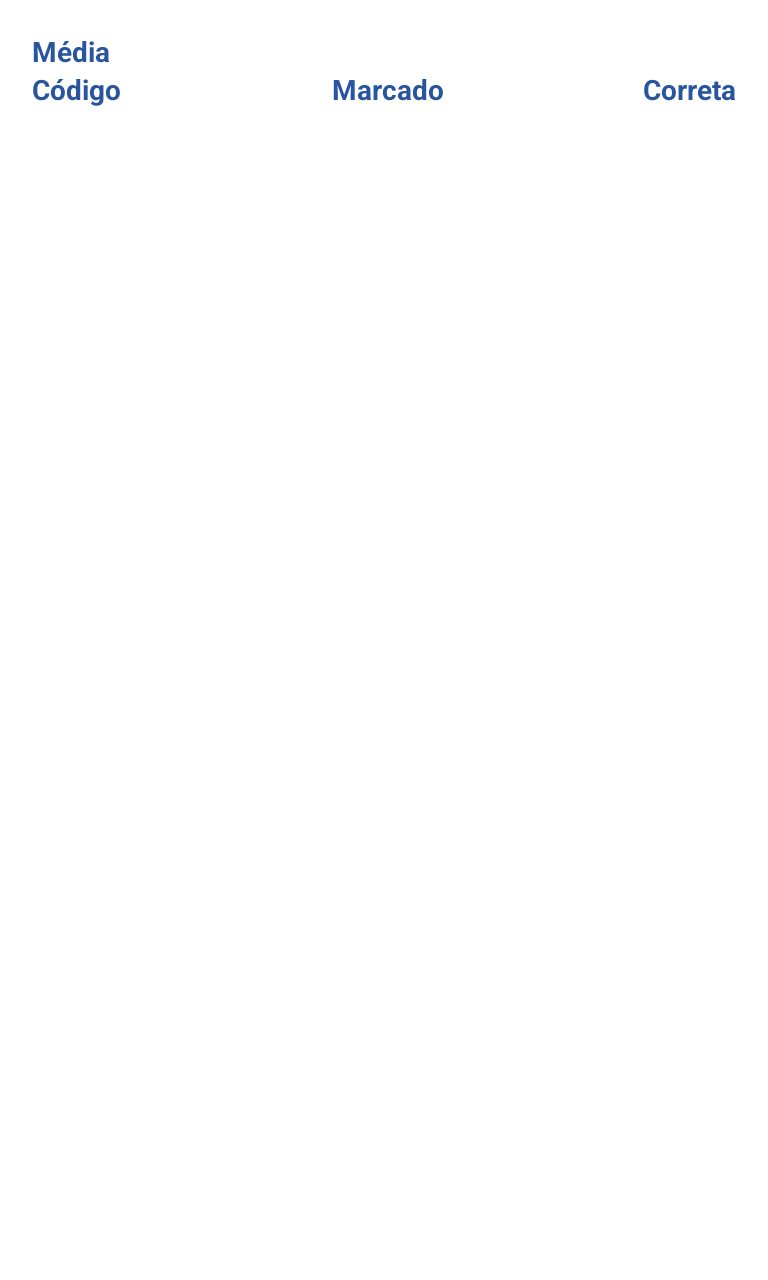
Repository: lmqs/ProjetoDisciplinaTopicos
Layout: TopicosProjetoAndroid/res/layout/activity_resultado_prova.xml
The author's editor kept a copy of each file at every save. The layout is drawn from the files as they stood at one save, then again after the next save.
It is drawn on a 768 x 1280 px phone screen (xhdpi) without system bars, with theme AppTheme; the app's code is not run. Lists and similar views that code fills are empty.

Above is the layout before, as saved 2014-05-04 03:33:43.

### TopicosProjetoAndroid/res/layout/activity_resultado_prova.xml
<RelativeLayout xmlns:android="http://schemas.android.com/apk/res/android"
    xmlns:tools="http://schemas.android.com/tools"
    android:layout_width="match_parent"
    android:layout_height="match_parent"
    android:paddingBottom="@dimen/activity_vertical_margin"
    android:paddingLeft="@dimen/activity_horizontal_margin"
    android:paddingRight="@dimen/activity_horizontal_margin"
    android:paddingTop="@dimen/activity_vertical_margin"
    tools:context=".Resultado_prova" >

    <TableLayout
        android:layout_width="match_parent"
        android:layout_height="match_parent"
        android:stretchColumns="1" >

        <TableRow android:id="@+id/table_geral" >

            <TextView
                android:id="@+id/lblMedia"
                android:layout_width="50dp"
                android:layout_height="match_parent"
                android:drawablePadding="6dp"
                android:gravity="left"
                android:text="@string/lblMedia"
                android:textColor="#ff29549f"
                android:textSize="14sp"
                android:textStyle="bold" />
        </TableRow>

        <TableRow android:id="@+id/tableCacList" >

            <TextView
                android:id="@+id/lblcodigo"
                android:layout_width="50dp"
                android:layout_height="match_parent"
                android:drawablePadding="6dp"
                android:gravity="left"
                android:text="@string/lblcodigo"
                android:textColor="#ff29549f"
                android:textSize="14sp"
                android:textStyle="bold" />

            <TextView
                android:id="@+id/lblmarcado"
                android:layout_width="50dp"
                android:layout_height="match_parent"
                android:drawablePadding="6dp"
                android:gravity="center"
                android:text="@string/lblMarcado"
                android:textColor="#ff29549f"
                android:textSize="14sp"
                android:textStyle="bold" />

            <TextView
                android:id="@+id/lblAcerto"
                android:layout_width="match_parent"
                android:layout_height="match_parent"
                android:drawablePadding="6dp"
                android:gravity="center"
                android:text="@string/lblAcerto"
                android:textColor="#ff29549f"
                android:textSize="14sp"
                android:textStyle="bold" />
        </TableRow>
    </TableLayout>

    <ListView
        android:id="@+id/lista__geral_resultado"
        android:layout_width="match_parent"
        android:layout_height="wrap_content"
        android:layout_alignParentLeft="true" >
    </ListView>

</RelativeLayout>

### TopicosProjetoAndroid/res/values/styles.xml
<resources>

    <!--
        Base application theme, dependent on API level. This theme is replaced
        by AppBaseTheme from res/values-vXX/styles.xml on newer devices.
    -->
    <style name="AppBaseTheme" parent="android:Theme.Light">
        <!--
            Theme customizations available in newer API levels can go in
            res/values-vXX/styles.xml, while customizations related to
            backward-compatibility can go here.
        -->
    </style>

    <!-- Application theme. -->
    <style name="AppTheme" parent="AppBaseTheme">
        <!-- All customizations that are NOT specific to a particular API-level can go here. -->
    </style>

    <style name="DashboardButton">
        <item name="android:layout_gravity">center_vertical</item>
        <item name="android:layout_width">wrap_content</item>
        <item name="android:layout_height">wrap_content</item>
        <item name="android:gravity">center_horizontal</item>
        <item name="android:drawablePadding">2dp</item>
        <item name="android:textSize">16dp</item>
        <item name="android:textStyle">bold</item>
        <item name="android:textColor">#ff29549f</item>
        <item name="android:background">@null</item>
    </style>



</resources>

### TopicosProjetoAndroid/res/values/strings.xml
<?xml version="1.0" encoding="utf-8"?>
<resources>

    <string name="app_name">Questões de Concurso</string>
    <string name="action_settings">Settings</string>
    <string name="hello_world">Hello world!</string>
    <string name="lbltitulo">Questões para concurso</string>
    <string name="btnInciar">Iniciar</string>
    <string name="title_activity_geracao_provas">GeracaoProvas</string>
    <string name="title_activity_questoes">Questões de Concurso</string>
    <string name="radioGrupo"></string>
    <string name="btnvalidar">Validar</string>
    <string name="btnerrar">Errou</string>
    <string name="btnAcerto">Acertou</string>
    <string name="title_activity_resultado_prova">Resultado da Prova</string>
    <string name="title_activity_lista_provas">Lista de Provas</string>
    <string name="btnResultado">Resultados</string>
    <string name="btnInfo">Informações</string>
    <string name="btnMaps">Onde estamos</string>
    <string name="lblPesquisar">Pesquisar</string>
    <string name="lblMarcado">Marcado</string>
    <string name="lblAcerto">Correta</string>
    <string name="lblcodigo">Código</string>
    <string name="lblMedia">Média</string>

</resources>

Loaded but not shown: TopicosProjetoAndroid/res/values-v11/styles.xml (common file); TopicosProjetoAndroid/res/values-v14/styles.xml (common file); TopicosProjetoAndroid/res/values/dimens.xml (common file)

After the next save:
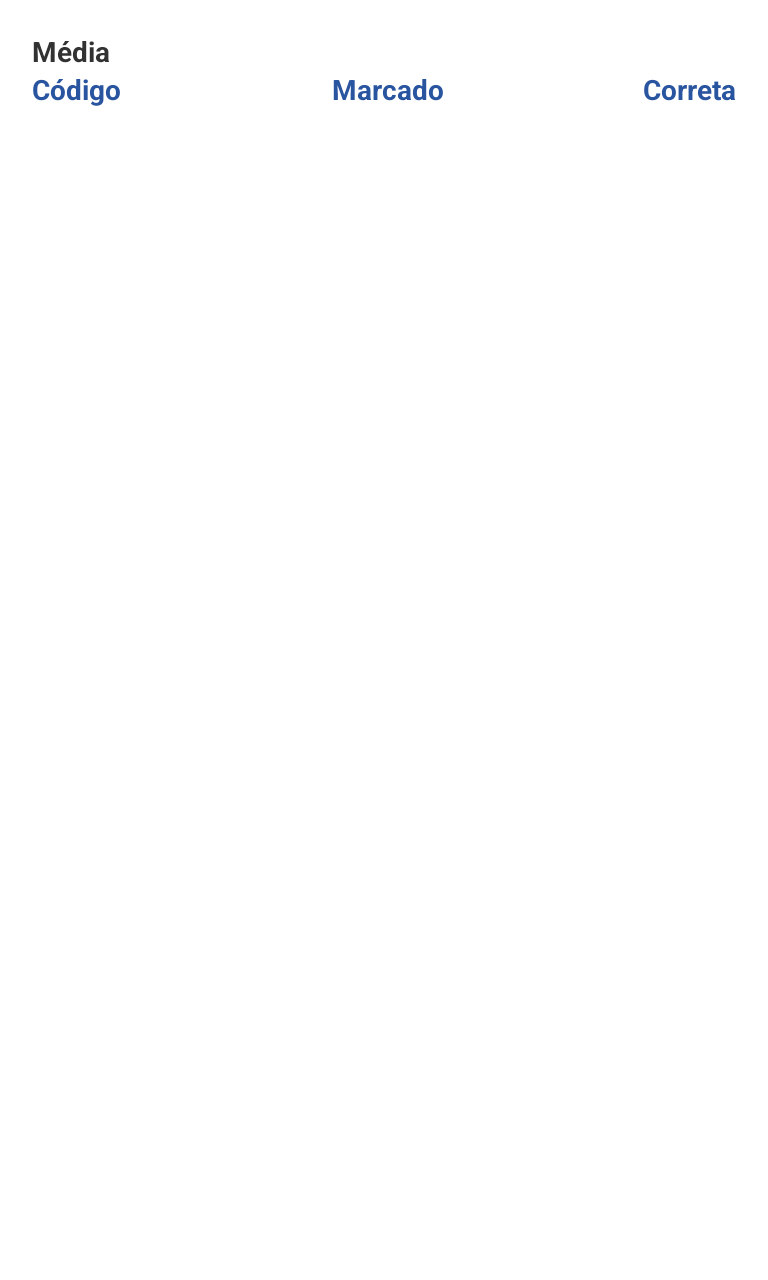
Saved 8 s later.
--- a/TopicosProjetoAndroid/res/layout/activity_resultado_prova.xml
+++ b/TopicosProjetoAndroid/res/layout/activity_resultado_prova.xml
@@ -22,7 +22,6 @@
                 android:drawablePadding="6dp"
                 android:gravity="left"
                 android:text="@string/lblMedia"
-                android:textColor="#ff29549f"
                 android:textSize="14sp"
                 android:textStyle="bold" />
         </TableRow>
